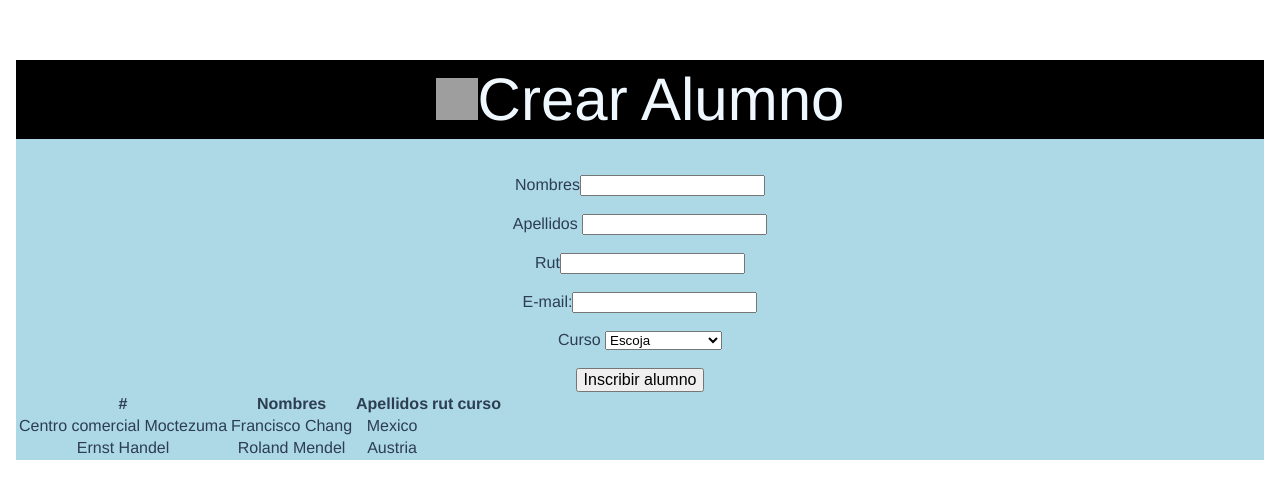
Repository: franciscamanquecheo/Tarea6ET
Page: / (app in my-project/)
An editor plug-in stored every save of this project. The page is shown before and after the next save, followed by the edit.
The browser window is 1280 px wide. The pictures show the whole page.
Pictures or frames that could not be fetched are drawn as grey boxes. The project was rebuilt for these pictures with package versions that can differ from the ones it lists, and the page was loaded fresh each time. Also part of the build but not shown: my-project/vue.config.js.

Above is the page before, as saved 2022-06-19 23:32:04.

### my-project/src/App.vue
<template>

  <HelloWorld msg="Welcome to Your Vue.js App"/>
</template>

<script>
import HelloWorld from './components/HelloWorld.vue'

export default {
  name: 'App',
  components: {
    HelloWorld
  }
}
</script>

<style>
#app {
  font-family: Avenir, Helvetica, Arial, sans-serif;
  -webkit-font-smoothing: antialiased;
  -moz-osx-font-smoothing: grayscale;
  text-align: center;
  color: #2c3e50;
  margin-top: 60px;
}
</style>

### my-project/src/components/HelloWorld.vue

/*use eslint-disable */
<template>
  <body>
     <div>


       <a href="pagPrincipal.html">
      <img src="\my-project\src\assets\home.png" style="width:42px;height:42px;">
      </a>
      <span>Crear Alumno</span>

     </div>

  <form>
        <br><br>
          <label for="exampleInputEmail1">Nombres</label>
          <input type="email" class="form-control" id="exampleInputEmail1" aria-describedby="emailHelp"><br><br>
          <label for="fname">Apellidos </label>
          <input type="text" id="name" name="name" ><br><br>
          <label for="exampleInputPassword1" class="form-label">Rut</label>
          <input type="password" class="form-control" id="exampleInputPassword1"><br><br>
          <label for="lname">E-mail:</label>
          <input type="text" id="correo" name="correo">
          <br>
          <br>
          <label for="fname">Curso </label>
          <select name="name-cursos" id="Cursos">
            <option value="rigatoni">Escoja</option>
           <option value="rigatoni">Artes modernas</option>
            <option value="rigatoni">Lengua</option>
             <option value="rigatoni">Baile artistico</option>
              <option value="rigatoni">Ingles Medio</option>
          </select>



          <br><br>
          <button type="submit" class="btn btn-primary">Inscribir alumno</button>

      </form>
       <table>
    <thead>
    <tr>
      <th scope="col">#</th>
      <th scope="col">Nombres</th>
      <th scope="col">Apellidos</th>
      <th scope="col">rut</th>
      <th scope="col">curso</th>

    </tr>
    </thead>
    <tbody>
<tr>
    <td>Centro comercial Moctezuma</td>
    <td>Francisco Chang</td>
    <td>Mexico</td>
  </tr>
   <tr>
    <td>Ernst Handel</td>
    <td>Roland Mendel</td>
    <td>Austria</td>
  </tr>

    </tbody>
  </table>
  </body>
</template>

<script>
export default {

  name: 'HelloWorld',
  props: {
    msg: String
  }
}
</script>

<!-- Add "scoped" attribute to limit CSS to this component only -->
//<style scoped>
body {
    background-color: lightblue;
  }
  img{
    text-align: left;

  }
  span{
    color: aliceblue; font-size: 60px;
    text-align: center;

  }
  div{

    background-color: black;
            padding: 5px;
            font-size: 20px;

  }
  button{
    font-size: medium;
  }



  form{
    text-align: center;
  }
  .table{
    font-size: 40px;
  }
</style>

Loaded but not shown: my-project/public/index.html (common file); my-project/src/main.js (common file)

After the next save:
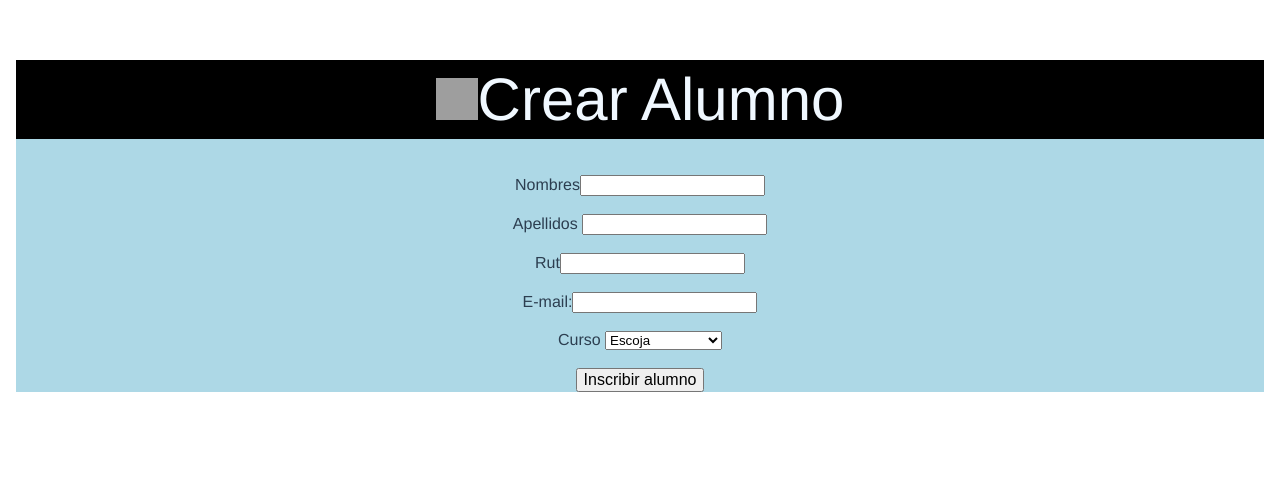
Saved 19 s later.
--- a/my-project/src/components/HelloWorld.vue
+++ b/my-project/src/components/HelloWorld.vue
@@ -39,31 +39,7 @@
           <button type="submit" class="btn btn-primary">Inscribir alumno</button>
 
       </form>
-       <table>
-    <thead>
-    <tr>
-      <th scope="col">#</th>
-      <th scope="col">Nombres</th>
-      <th scope="col">Apellidos</th>
-      <th scope="col">rut</th>
-      <th scope="col">curso</th>
 
-    </tr>
-    </thead>
-    <tbody>
-<tr>
-    <td>Centro comercial Moctezuma</td>
-    <td>Francisco Chang</td>
-    <td>Mexico</td>
-  </tr>
-   <tr>
-    <td>Ernst Handel</td>
-    <td>Roland Mendel</td>
-    <td>Austria</td>
-  </tr>
-
-    </tbody>
-  </table>
   </body>
 </template>
 
